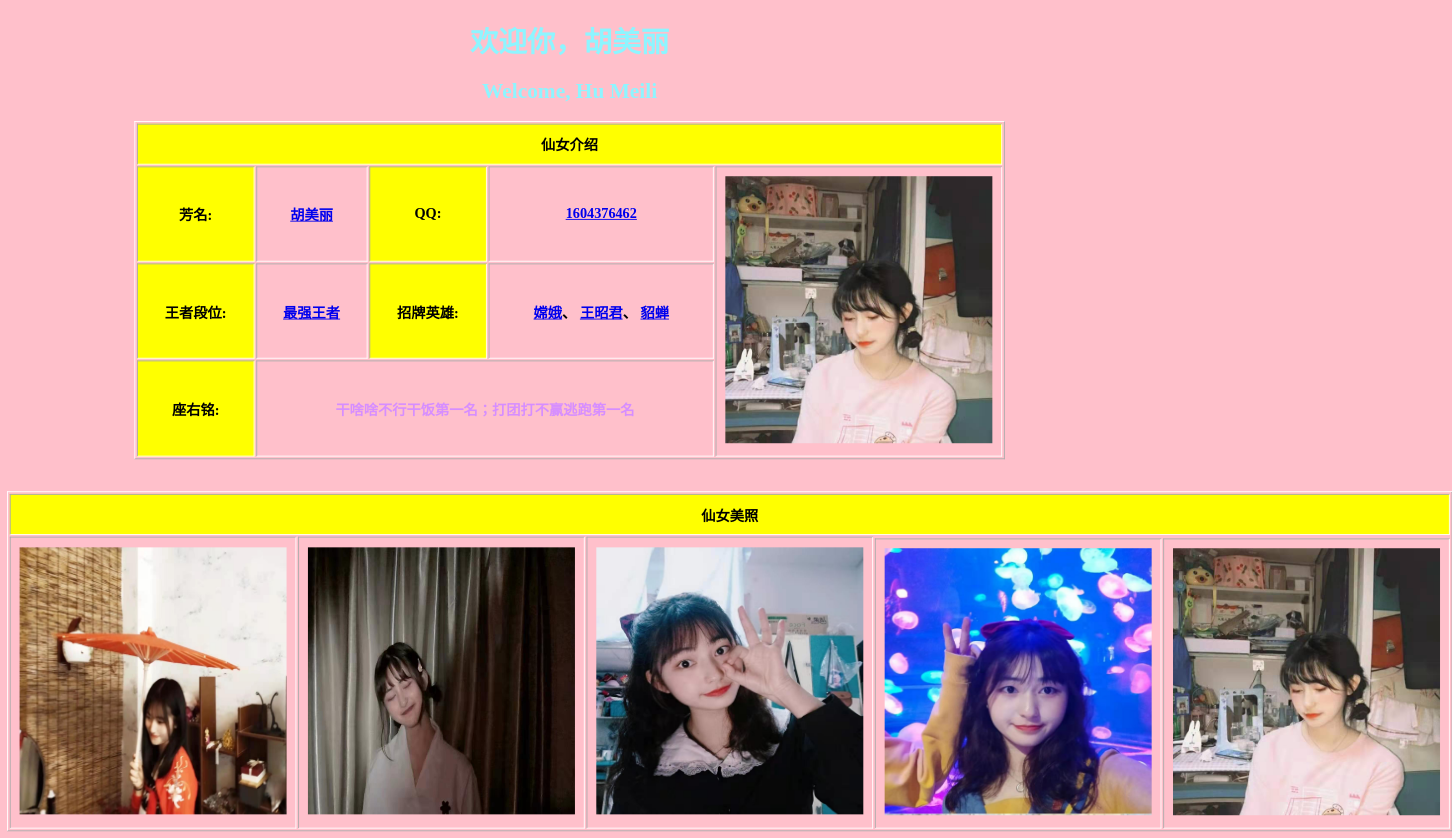
Repository: NanmeiYC/NanmeiYC.github.io
Page: index.html
The author's editor kept a copy of each file at every save. The page is drawn from the files as they stood at one save, then again after a run of saves.
The browser window is 1280 px wide. The page is 1632 px wide, so the pictures cover 1632 px, including what lies to the right of the window. The pictures show the whole page, at 89% of full size.

Above is the page before, as saved 2021-05-29 03:15:36.

After the next 3 saves:
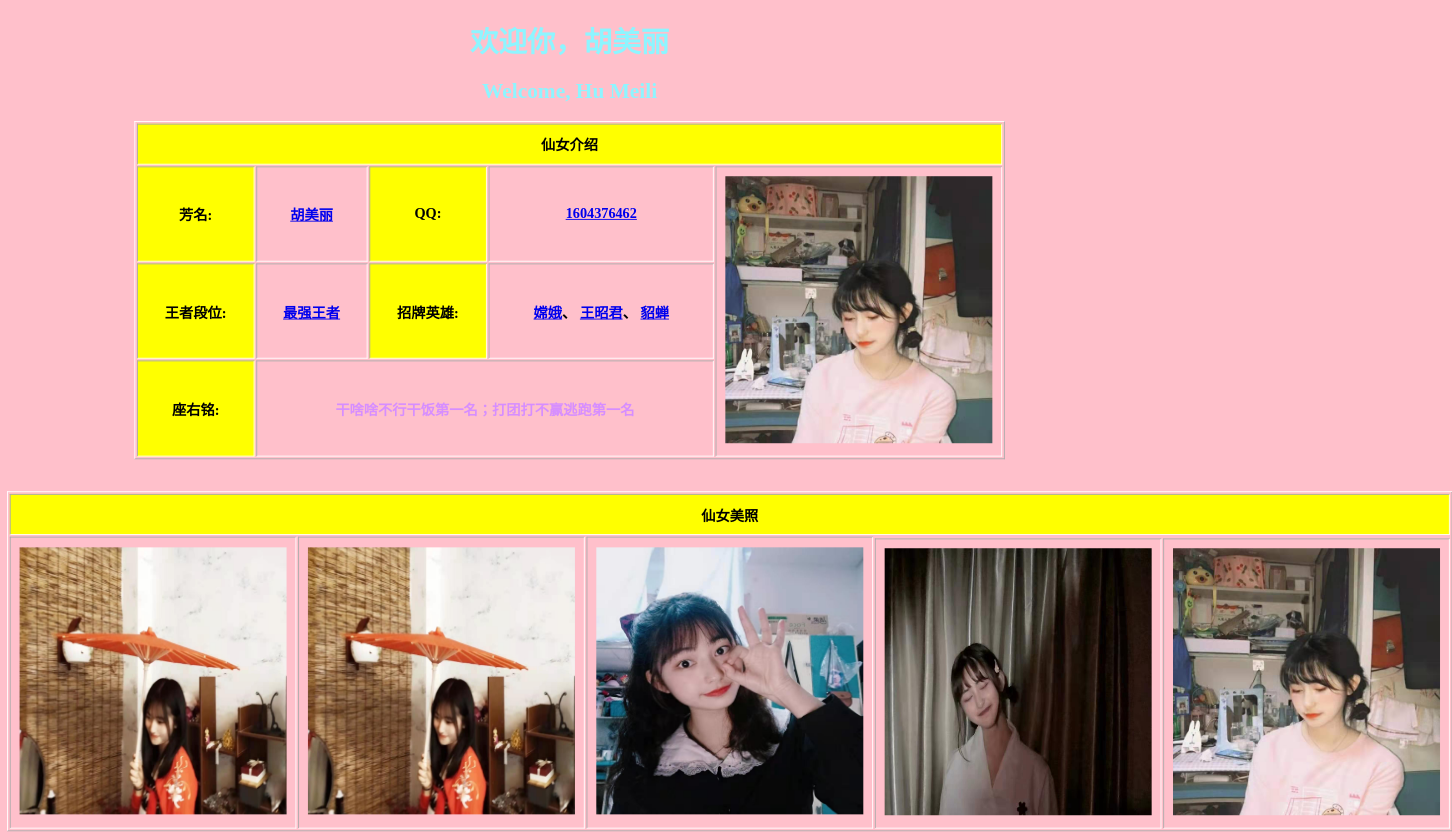
The 3 saves are shown as one change because they came seconds apart.
The last was saved 37 s later.
--- a/index.html
+++ b/index.html
@@ -43,10 +43,10 @@
         </tr>
         <tr align="center">
             <th rowspan="3" width="100" <p><a href="https://user.qzone.qq.com/1604376462?source=aiostar"><img border="0" src="images\胡美丽1.jpg" width="300px" height="300px"></th>
-            <th rowspan="3" width="100" <p><a href="https://user.qzone.qq.com/1604376462?source=aiostar"><img border="0" src="images\胡美丽2.jpg" width="300px" height="300px"></th>
+            <th rowspan="3" width="100" <p><a href="https://user.qzone.qq.com/1604376462?source=aiostar"><img border="0" src="images\胡美丽1.jpg" width="300px" height="300px"></th>
             <th rowspan="3" width="100" <p><a href="https://user.qzone.qq.com/1604376462?source=aiostar"><img border="0" src="images\胡美丽3.jpg" width="300px" height="300px"></th>
         </tr>
         <tr align="center">
-            <th rowspan="3" width="100" <p><a href="https://user.qzone.qq.com/1604376462?source=aiostar"><img border="0" src="images\胡美丽4.jpg" width="300px" height="300px"></th>
+            <th rowspan="3" width="100" <p><a href="https://user.qzone.qq.com/1604376462?source=aiostar"><img border="0" src="images\胡美丽2.jpg" width="300px" height="300px"></th>
             <th rowspan="3" width="100" <p><a href="https://user.qzone.qq.com/1604376462?source=aiostar"><img border="0" src="images\胡美丽主.jpg" width="300px" height="300px"></th>
         </tr>
